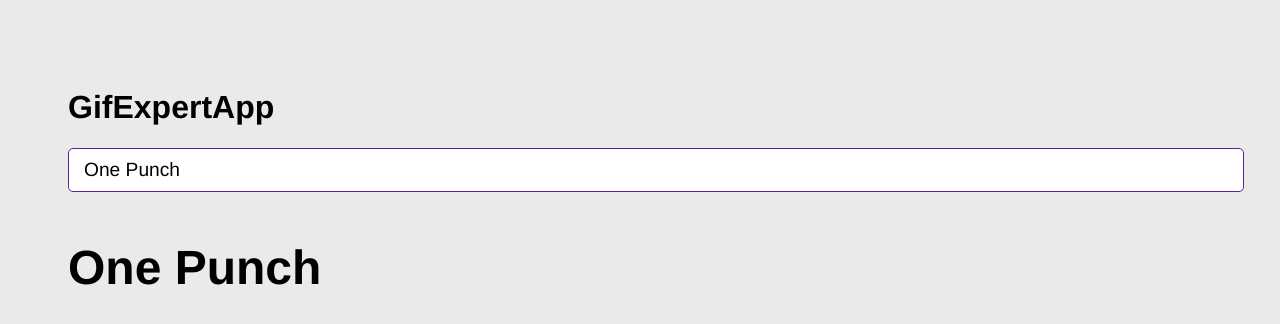
Repository: bryanesteban/gif-expert-app
Page: /
These files come from the project's save history. The page is drawn as it stood at one moment and after the next save; the edit follows.
The browser window is 1280 px wide. The pictures show the whole page.
The page's requests for data from a server got no answer. The project was rebuilt for these pictures with package versions that can differ from the ones it lists, and the page was loaded fresh each time. No one was signed in, and anything a server would have sent is missing. Also part of the build but not shown: vite.config.js.

Above is the page before, as saved 2024-06-14 17:39:21.

After the next save:
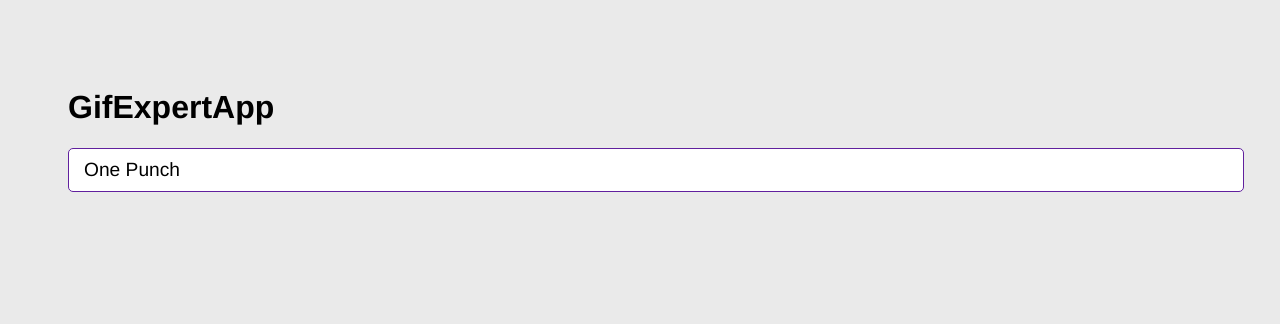
Saved 34 h 49 min later.
--- a/src/components/GifGrid.jsx
+++ b/src/components/GifGrid.jsx
@@ -19,7 +19,7 @@
 
     },[])
 
-
+    if (images.length < 1) return;
     return (
         <>
             <h3> { category } </h3>

After the 2 saves that followed:
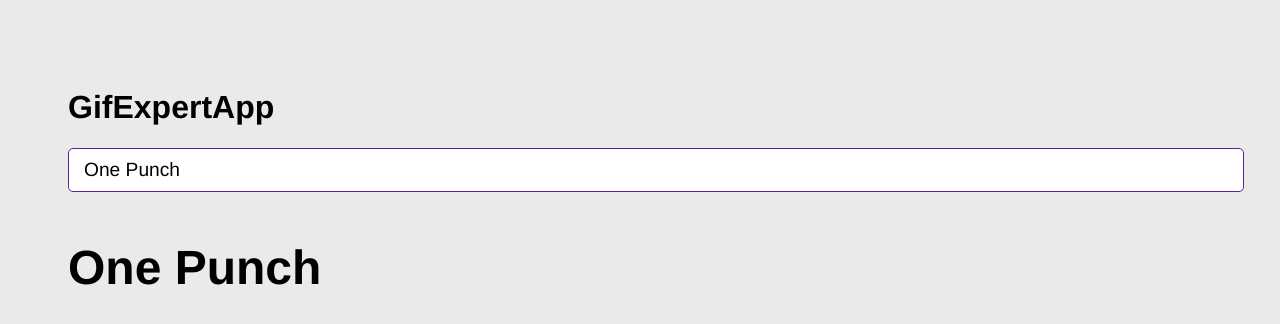
The 2 saves are shown as one change because 1 left the picture as it was.
The last was saved 4 min 23 s later.
--- a/src/components/GifGrid.jsx
+++ b/src/components/GifGrid.jsx
@@ -19,7 +19,7 @@
 
     },[])
 
-    if (images.length < 1) return;
+
     return (
         <>
             <h3> { category } </h3>
--- a/src/helpers/getGifs.js
+++ b/src/helpers/getGifs.js
@@ -11,5 +11,5 @@ export const getGifs = async( category ) => {
         url: img.images.downsized_medium.url
     }));
 
-
+    return gifs;
 }
